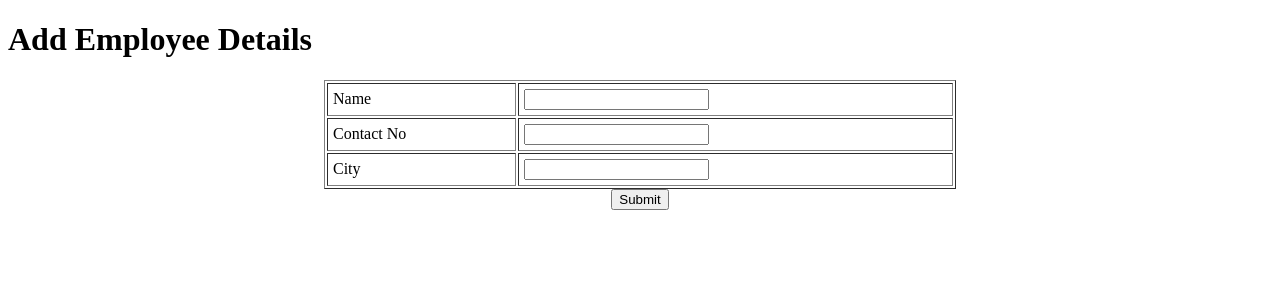
Repository: radhikasarda/RestEasyDemo
Page: http://localhost/RestDemo/
The author's editor kept a copy of each file at every save. The page is drawn from the files as they stood at one save, then again after the next save.
The browser window is 1280 px wide. The pictures show the whole page.
The page is served by Tomcat 9. Nobody is signed in. The application's start-up code is not run. Other server files are loaded and not shown.

Above is the page before, as saved 2019-06-25 11:39:17.

### RestDemo/src/main/webapp/index.jsp
<%@ page language="java" contentType="text/html; charset=ISO-8859-1"
    pageEncoding="ISO-8859-1"%>
<!DOCTYPE html PUBLIC "-//W3C//DTD HTML 4.01 Transitional//EN" "http://www.w3.org/TR/html4/loose.dtd">
<html>
<head>
<meta http-equiv="Content-Type" content="text/html; charset=ISO-8859-1">
<title>CRUD OPERATIONS</title>
</head>
<body>
<h1>Add Employee Details</h1>

<form action="<%=request.getContextPath() %>/add" method="post" name="insertForm">
<center>
      <table border="1" width="50%" cellpadding="5">
        <tr>
          <td>Name</td>
          <td><input type="text" name="name" required/></td>
        </tr>

        <tr>
          <td>Contact No</td>
          <td><input type="text" name="contact" maxlength="10" required/></td>
        </tr>

        <tr>
          <td>City</td>
          <td><input type="text" name="city" required/></td>
        </tr>

      </table>
      <input type="submit" value="Submit" name="button" />
      </center>
      </form>
</body>
</html>

After the next save:
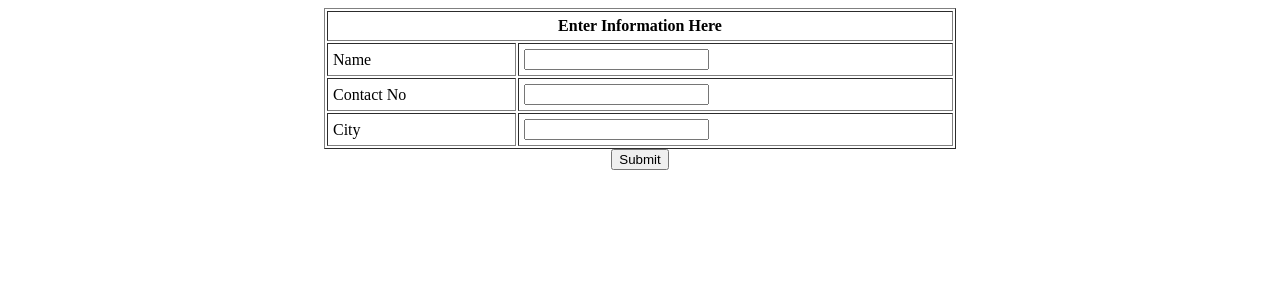
Saved 55 s later.
--- a/RestDemo/src/main/webapp/index.jsp
+++ b/RestDemo/src/main/webapp/index.jsp
@@ -7,11 +7,16 @@
 <title>CRUD OPERATIONS</title>
 </head>
 <body>
-<h1>Add Employee Details</h1>
+
 
 <form action="<%=request.getContextPath() %>/add" method="post" name="insertForm">
 <center>
       <table border="1" width="50%" cellpadding="5">
+      <thead>
+                    <tr>
+                        <th colspan="2">Enter Information Here</th>
+                    </tr>
+        </thead>
         <tr>
           <td>Name</td>
           <td><input type="text" name="name" required/></td>
